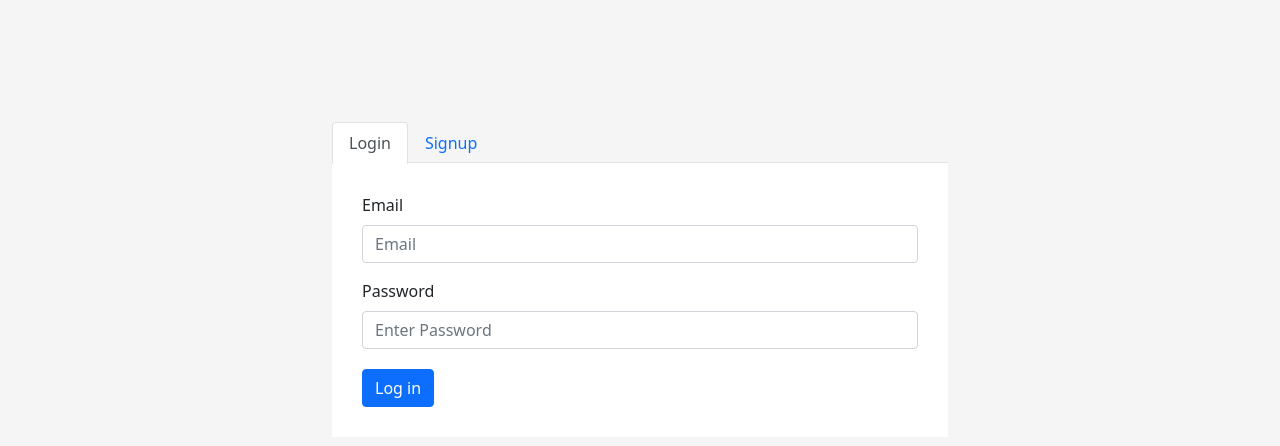
Repository: rabin-bhandari/LOGIN-SIGNUP
Page: http://localhost/
An editor plug-in stored every save of this project. The page is shown before and after the next save, followed by the edit.
The browser window is 1280 px wide. The pictures show the whole page.
Some web libraries are served in a nearby version. The page is run by PHP 8.4 with error messages shown; the project is at /var/www/html/.

Above is the page before, as saved 2022-03-28 04:44:11.

After the next save:
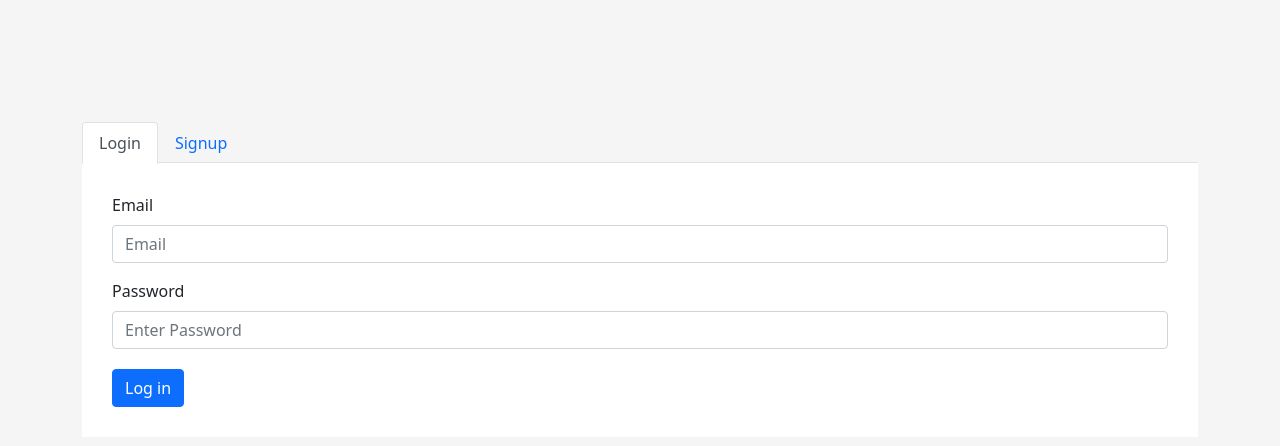
Saved 41 s later.
--- a/main.css
+++ b/main.css
@@ -8,7 +8,7 @@ body {
 
 .container {
   display: table;
-  max-width: 50vw;
+  min-width: 30vw;
   margin: 50px auto;
 }
 
